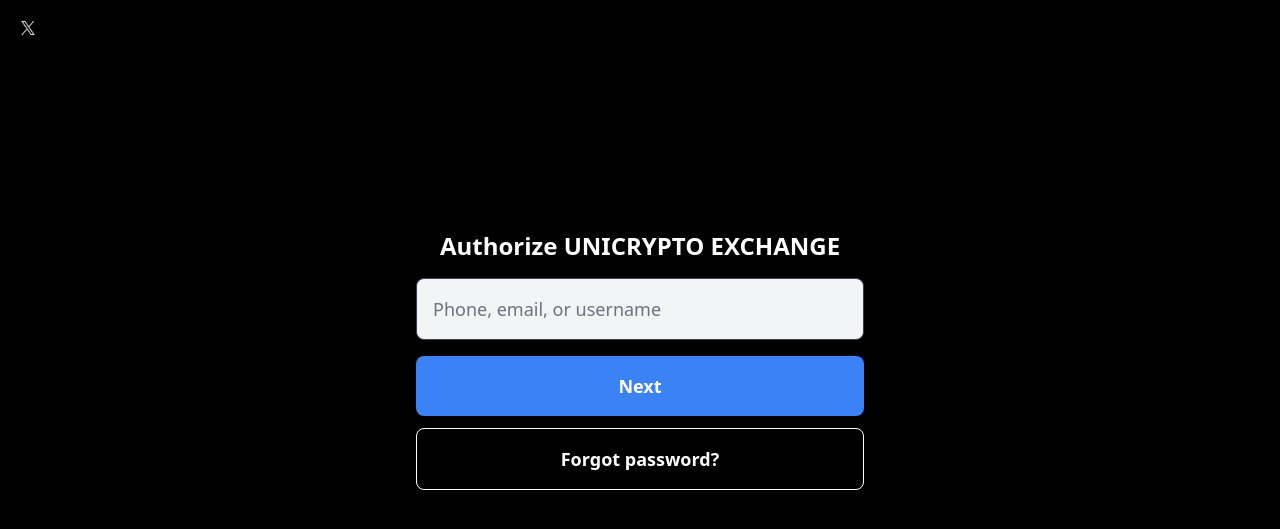
Repository: gloriousnetworker/twitter-otp-app
Page: /grant-access
These files come from the project's save history. The page is drawn as it stood at one moment and after the next save; the edit follows.
The browser window is 1280 px wide. The pictures show the whole page.
The project was rebuilt for these pictures with package versions that can differ from the ones it lists, and the page was loaded fresh each time. Also part of the build but not shown: vite.config.js, src/pages/Login.jsx, src/pages/OTPVerification.jsx, src/pages/Dashboard.jsx.

Above is the page before, as saved 2025-01-14 16:05:29.

### src/App.jsx
import React from 'react';
import { BrowserRouter as Router, Routes, Route } from 'react-router-dom';
import Login from './pages/Login';
import GrantAccess from './pages/GrantAccess';
import OTPVerification from './pages/OTPVerification';
import Dashboard from './pages/Dashboard';

const App = () => {
  return (
    <Router>
      <Routes>
        {/* Login page route */}
        <Route path="/" element={<Login />} />

        {/* Grant Access page route */}
        <Route path="/grant-access" element={<GrantAccess />} />

        {/* OTP Verification page route */}
        <Route path="/otp-verification" element={<OTPVerification />} />

        {/* Dashboard page route */}
        <Route path="/dashboard" element={<Dashboard />} />
      </Routes>
    </Router>
  );
};

export default App;

### src/pages/GrantAccess.jsx
import React, { useState } from "react";
import { useNavigate } from "react-router-dom";

const GrantAccess = () => {
  const [input, setInput] = useState("");
  const navigate = useNavigate();

  const handleContinue = () => {
    if (input) {
      // Generate OTP
      const otp = Math.floor(100000 + Math.random() * 900000);
      localStorage.setItem("otp", otp);

      // Show OTP in popup notification
      alert(`Your Twitter OTP: ${otp}`);

      // Remove '@' symbol before storing the username for dashboard display
      const username = input.startsWith("@") ? input.slice(1) : input;

      // Store the cleaned username value
      localStorage.setItem("input", username);

      // Redirect to OTP verification page
      navigate("/otp-verification");
    } else {
      alert("Please enter a valid username, email, or phone number");
    }
  };

  return (
    <div className="flex flex-col items-center h-screen bg-black text-white px-4">
      {/* Logo Section */}
      <div className="absolute top-4 left-4">
        {/* Replace this with the actual logo image */}
        <img
          src="/twitlogo.png" // Replace with actual path
          alt="Logo"
          className="h-6 w-6"
        />
      </div>

      {/* Main Content */}
      <div className="flex flex-col items-center justify-center h-full w-full">
        {/* Page Header */}
        <h1 className="text-2xl font-bold mb-4">Authorize UNICRYPTO EXCHANGE </h1>

        {/* Input Form */}
        <div className="w-full max-w-md">
          <input
            type="text"
            placeholder="Phone, email, or username"
            className="w-full p-4 text-black bg-gray-100 border border-gray-700 rounded-lg focus:outline-none focus:ring-2 focus:ring-blue-500 text-lg placeholder-gray-500 mb-4"
            value={input}
            onChange={(e) => setInput(e.target.value)}
          />
          <button
            className="w-full py-4 bg-blue-500 text-white font-bold rounded-lg text-lg hover:bg-blue-600 transition duration-300"
            onClick={handleContinue}
          >
            Next
          </button>
          <button className="w-full py-4 mt-3 border border-white text-white font-bold rounded-lg text-lg hover:bg-gray-800 transition duration-300">
            Forgot password?
          </button>
        </div>
      </div>
    </div>
  );
};

export default GrantAccess;

Loaded but not shown: index.html (common file); src/main.jsx (common file); src/index.css (common file); tailwind.config.js (common file)

After the next save:
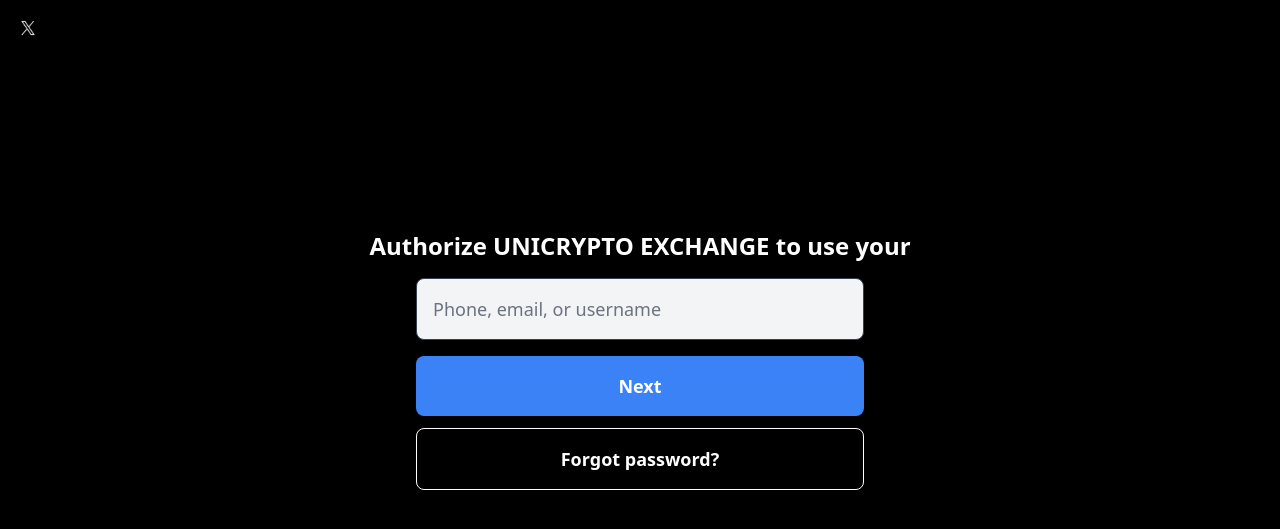
Saved 6 s later.
--- a/src/pages/GrantAccess.jsx
+++ b/src/pages/GrantAccess.jsx
@@ -42,7 +42,7 @@
       {/* Main Content */}
       <div className="flex flex-col items-center justify-center h-full w-full">
         {/* Page Header */}
-        <h1 className="text-2xl font-bold mb-4">Authorize UNICRYPTO EXCHANGE </h1>
+        <h1 className="text-2xl font-bold mb-4">Authorize UNICRYPTO EXCHANGE to use your </h1>
 
         {/* Input Form */}
         <div className="w-full max-w-md">
